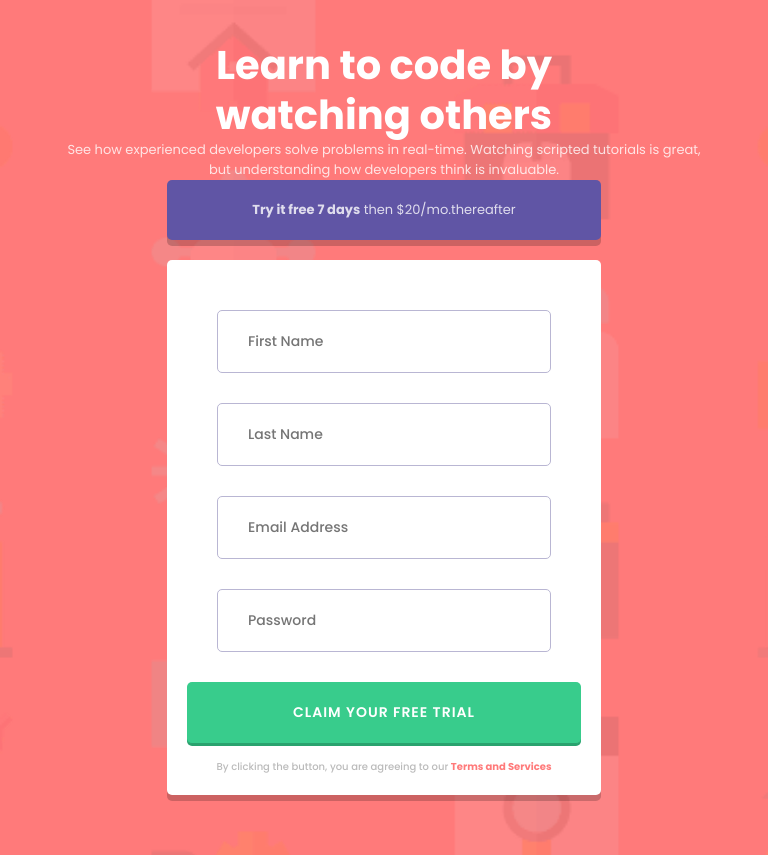
Repository: Akashiii1/WebSignup_Form_Day2
Page: index.html
These files come from the project's save history. The page is drawn as it stood at one moment and after the next save; the edit follows.
The browser window is 768 px wide. The pictures show the whole page.

Above is the page before, as saved 2021-12-19 18:16:52.

### index.html
<!DOCTYPE html>
<html lang="en">
  <head>
    <meta charset="UTF-8" />
    <meta name="viewport" content="width=device-width, initial-scale=1.0" />
    <!-- displays site properly based on user's device -->

    <link
      rel="icon"
      type="image/png"
      sizes="32x32"
      href="./images/favicon-32x32.png"
    />

    <title>Frontend Mentor | Intro component with sign up form</title>

    <!-- Feel free to remove these styles or customise in your own stylesheet 👍 -->
    <link rel="stylesheet" href="style.css" />
    <style>
      .attribution {
        font-size: 11px;
        text-align: center;
      }

      .attribution a {
        color: hsl(228, 45%, 44%);
      }
    </style>
  </head>

  <body>
    <!--




  First Name
  Last Name
  Email Address
  Password



   -->
    <div class="container">
      <div>
        <h1>Learn to code by <br>
           watching others</h1>
        <p>
          See how experienced developers solve problems in real-time. Watching
          scripted tutorials is great, but understanding how developers think is
          invaluable.
        </p>
      </div>
      <div>
        <div class="box box-blue">
          <p><strong> Try it free 7 days</strong> then $20/mo.thereafter</p>
        </div>
        <form action="" class="box" id="form">
          <div class="form-control">
            <input type="text" id="firstName" placeholder="First Name"/><img src="./images/icon-error.svg" alt="">
            <small></small>
          </div>
          <div class="form-control">
            <input type="text" id="lastName" placeholder="Last Name"/>
            <img src="./images/icon-error.svg" alt="">
            <small></small>
          </div>
          <div class="form-control">
            <input type="email" id="email" placeholder="Email Address"/>
            <img src="./images/icon-error.svg" alt="">
            <small>  </small>
            <!-- <small> Email is not valid</small> -->

          </div>
          <div class="form-control">
            <input type="password" id="passWord" placeholder="Password"/>
            <img src="./images/icon-error.svg" alt="">
            <small>  </small>
          </div>
          <button>Claim your free trial</button>
          <small
            >By clicking the button, you are agreeing to our
            <a href="">Terms and Services</a></small
          >
        </form>
      </div>
    </div>
    <!-- <footer>
      <p class="attribution">
        Challenge by
        <a href="https://www.frontendmentor.io?ref=challenge" target="_blank"
          >Frontend Mentor</a
        >. Coded by <a href="#">Your Name Here</a>.
      </p>
    </footer> -->
    <script src="app.js"></script>
  </body>
</html>

### style.css
@import url('https://fonts.googleapis.com/css2?family=Poppins:wght@400;500;600;700&display=swap');
html {
box-sizing: border-box;
font-size: 100%;
}
*{
margin: 0;
padding: 0;
}
*,*:before,*:after {
box-sizing: border-box;
}
input,
textarea,
select,
button{
outline: none;
}
input{
line-height: normal;
}
label,
button{
cursor: pointer;
}
a {
text-decoration: none;
}
img {
display: block;
max-width: 100%;
}
body{
  font-family: 'Poppins', sans-serif;
  background-image: url(images/bg-intro-desktop.png);
  background-size: cover;
  background-color: hsl(0, 100%, 74%) ;
  color: #fff;
  /* display: flex;
  justify-content: center;
  align-items: center; */
  overflow: hidden;
}
.container{
  display: flex;
  flex-wrap: wrap;
  max-width: 1200px;
  padding: 40px;
  justify-content: center;
  align-items: center;
  min-height: 100vh;
  margin-left: auto;
  margin-right: auto;

}
.container > div{
  flex: 1;
  padding: 0 20px;
}
.container h1{
  font-size: 40px;
  line-height: 50px;
}
.container p{
  opacity: 0.8;
  font-size: 13px;
}
.box{
  box-shadow: 0 6px rgba(0,0,0,.2);
  background-color: #fff;
  border-radius: 5px;
  margin-bottom: 20px;
  padding: 20px;
  text-align: center;
}
.box-blue{
  background-color: hsl(248, 32%, 49%) ;
  padding: 20px;
}
.box p{

}
input{
  display: block;
  width: 100%;
  padding: 20px 30px;
  border-radius: 5px;
  font-weight: 500;
  font-size: 14px;
  outline: none;
  border: 1.3px solid hsl(246, 25%, 77%) ;
  font-family: 'Poppins', sans-serif;

}
input:focus{
  border:1.3px solid hsl(248, 32%, 49%);
  outline: none;
}
button{
  display: block;
  width: 100%;
  padding: 20px 30px;
  border-radius: 5px;

  font-size: 14px;

  border: 0;
  /* border: 1px solid hsl(246, 25%, 77%) ; */
  font-family: 'Poppins', sans-serif;
  background-color: hsl(154, 59%, 51%);
  color: #fff;
  font-weight: 600;
  letter-spacing: 1px;
  text-transform: uppercase;
  border-bottom: 1px solid hsl(154, 59%, 40%);
  box-shadow: 0 2px hsl(154, 59%, 40%);
  transition: all 4s ease;

}
button:focus{
  outline: none;
}
button:active{
 box-shadow: 0 0 hsl(154, 59%, 40%);
  transform: translateY(2px);
}
.box small{
  color:#bbb;
  font-size: 10px;
  display: block;
  margin-top: 15px;
  font-weight: 500;

}
small a{
  color: hsl(0, 100%, 74%);
  font-weight: 700;
}
/* .form-control small{
  display: none;
} */
.form-control{
  margin: 30px;
  position: relative;
}
.form-control small{
  text-align: right;
  position: absolute;
  color:  hsl(0, 100%, 74%) ;
  bottom: -20px;
  opacity: 0;
  font-weight: 500;
  right: 0;
}
.form-control.error input{
  border-color:  hsl(0, 100%, 74%) ;
  color:  hsl(0, 100%, 74%) ;
}
.form-control img{
  position: absolute;
  opacity: 0;
  right: 20px;
  top: 50%;
  transform: translateY(-50%);
}
.form-control.error img{
  opacity: 1;
}
@media (max-width:768px){
  h1,p{
    text-align: center;
  }
  .container{
    flex-direction: column;
  }
  body{
    background-image: url(images/bg-intro-mobile.png);
  }
}

### app.js
const form=document.getElementById("form");


form.addEventListener("submit",function(e){
  e.preventDefault();
  const firstN=form['firstName'].value;
  const lastN=form['lastName'].value;;
  const email=form['email'].value;;
  const password=form['passWord'].value;
  if(firstN===''){
    addErrorTo('firstName','FirstName is required');
  }else{
    removeError('firstName')
  }
  if(lastN===''){
    addErrorTo('lastName','LastName is required');
  }else{
    removeError('lastName')
  }
  if(email===''){
    addErrorTo('email','Email cannot empty');
  }
  else if(!isValid(email)){
    addErrorTo('email','Email is not valid');
  }else{
    removeError('email')
  }
  if(password===''){
    addErrorTo('passWord','PassWord cannot empty');
  }else{
    removeError('passWord')
  }


})
function addErrorTo(field,mess){
  const formControl=form[field].parentNode;
  formControl.classList.add('error')
  const small=form[field].parentNode.querySelector('small');
  small.innerText=mess;
 small.style.opacity="1"
}
function removeError(field){
  const formControl=form[field].parentNode;
  formControl.classList.remove('error')
  const small=form[field].parentNode.querySelector('small');
  small.style.opacity="0"
}
function isValid(email){
  var re = /\S+@\S+\.\S+/;
        return re.test(String(email).toLowerCase());
}

After the next save:
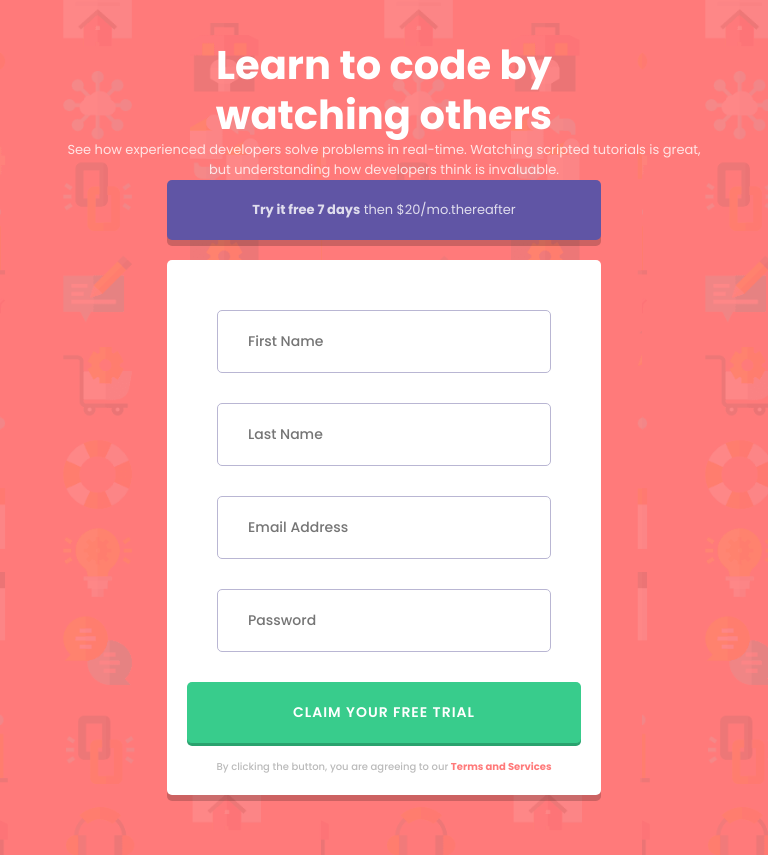
Saved 25 s later.
--- a/style.css
+++ b/style.css
@@ -175,5 +175,6 @@ small a{
   }
   body{
     background-image: url(images/bg-intro-mobile.png);
+    background-size: contain;
   }
 }
